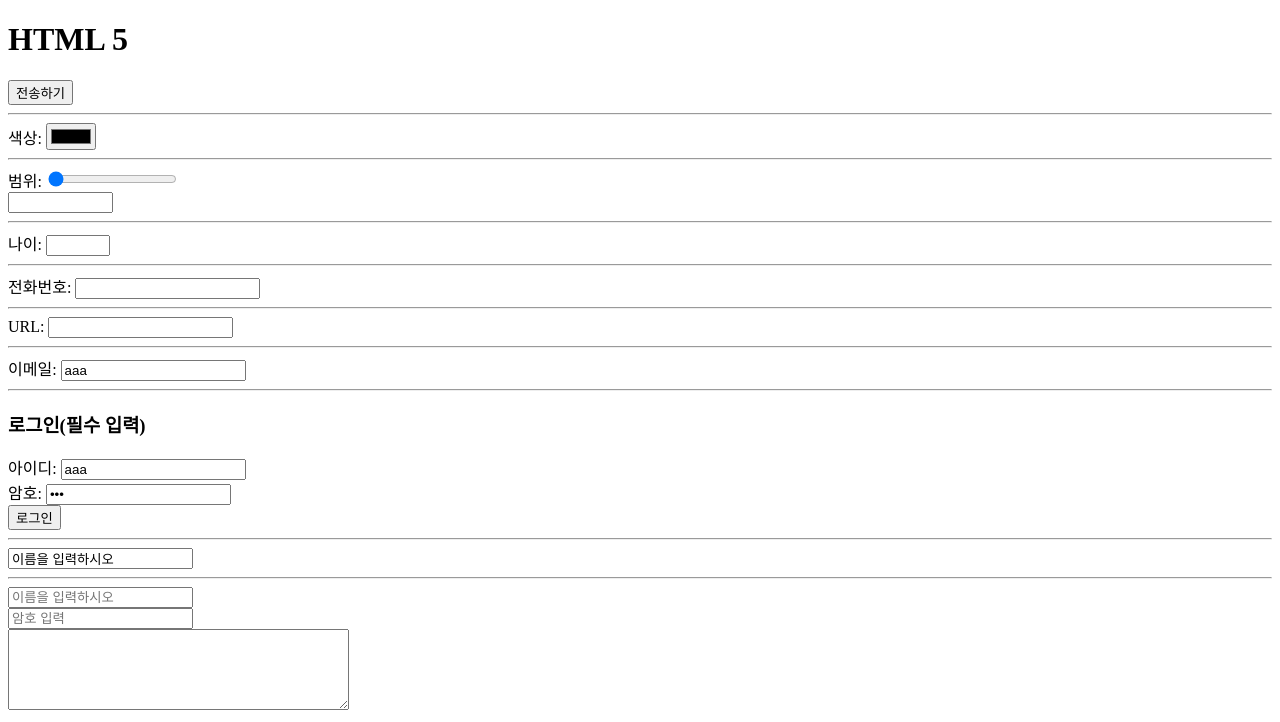
Repository: seula123/Front-End
Page: ClientTest/src/main/webapp/html/ex19.html
The author's editor kept a copy of each file at every save. The page is drawn from the files as they stood at one save, then again after the next save.
The browser window is 1280 px wide. The pictures show the whole page.

Above is the page before, as saved 2023-09-21 08:35:17.

After the next save:
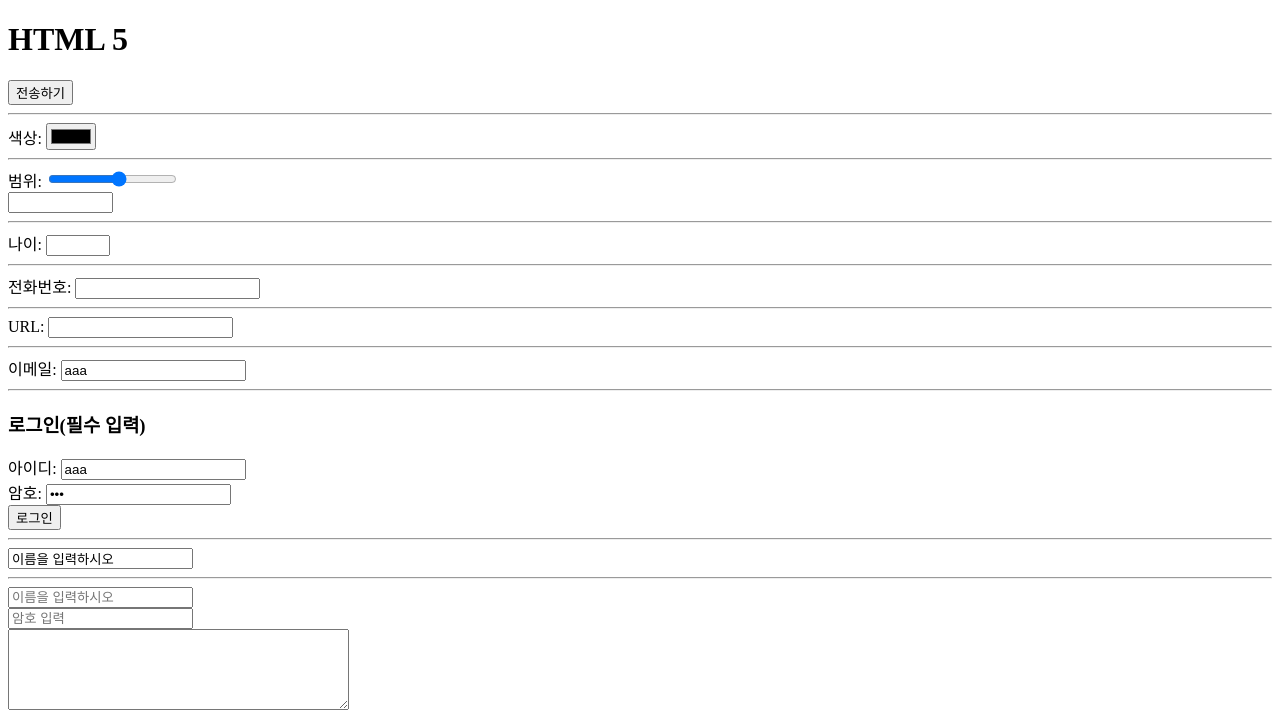
Saved 41 s later.
--- a/ClientTest/src/main/webapp/html/ex19.html
+++ b/ClientTest/src/main/webapp/html/ex19.html
@@ -22,7 +22,7 @@
 		<hr>
 			범위: <input type = "range"
 					onchange = "document.getElementById('txt1').value=this.value;"
-					min="10" max="12" step="10">
+					min="10" max="100" step="10">
 			<br>
 			<input type ="text" id="txt1" size="10">
 
